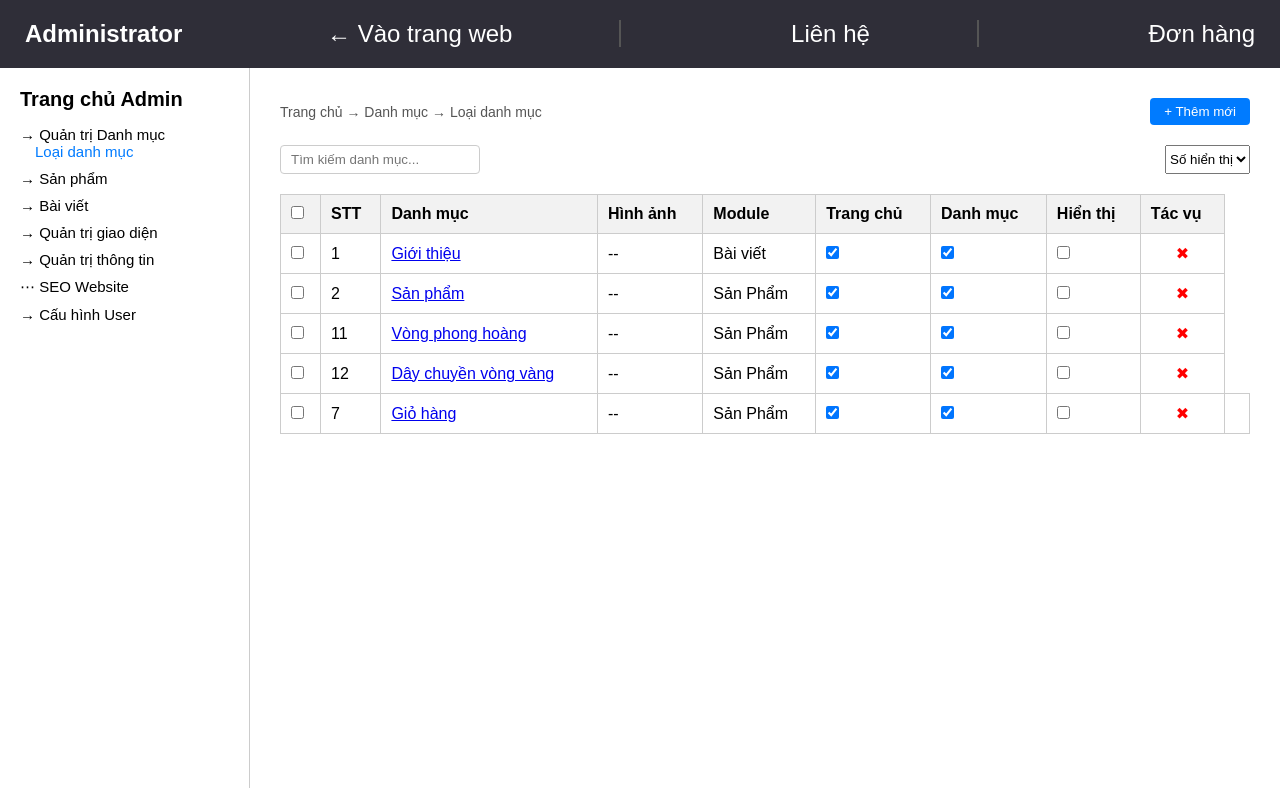
Repository: TranTanDat0606/Du-An-1
Page: Admin]/admin.html
The author's editor kept a copy of each file at every save. The page is drawn from the files as they stood at one save, then again after the next save.
The browser window is 1280 px wide. The pictures show the whole page.

Above is the page before, as saved 2025-07-30 15:15:37.

### Admin]/admin.html
<!DOCTYPE html>
<html lang="vi">
<head>
    <meta charset="UTF-8" />
    <meta name="viewport" content="width=device-width, initial-scale=1.0"/>
    <title>Quản lý danh mục</title>
    <link rel="stylesheet" href="admin.css" />
</head>
<body>
    <header class="topbar">
    <div class="topbar-left">Administrator</div>
    <div class="topbar-right">
    <a href="#">← Vào trang web</a>
    <a href="#">Liên hệ</a>
    <a href="#">Đơn hàng</a></div>
</header>
    <div class="admin-container">
    <aside class="sidebar">
    <h2>Trang chủ Admin</h2>
    <ul>
        <li>→ Quản trị Danh mục
    <ul class="submenu">
            <li><a href="#">Loại danh mục</a></li>
    </ul>
        </li>
        <li>→ Sản phẩm</li>
        <li>→ Bài viết</li>
        <li>→ Quản trị giao diện</li>
        <li>→ Quản trị thông tin</li>
        <li>⋯ SEO Website</li>
        <li>→ Cấu hình User</li>
    </ul>
    </aside>
    <main class="main-content">
    <div class="header-bar">
        <span class="breadcrumbs">Trang chủ → Danh mục → Loại danh mục</span>
        <button class="btn-new">+ Thêm mới</button>
    </div>

    <div class="table-toolbar">
        <input type="text" class="search-input" placeholder="Tìm kiếm danh mục..." />
        <select>
    <option>Số hiển thị</option>
        </select>
    </div>
    <table>
        <thead>
    <tr>
            <th><input type="checkbox" /></th>
            <th>STT</th>
            <th>Danh mục</th>
            <th>Hình ảnh</th>
            <th>Module</th>
            <th>Trang chủ</th>
            <th>Danh mục</th>
            <th>Hiển thị</th>
            <th>Tác vụ</th>
    </tr>
        </thead>
        <tbody>
    <tr>
            <td><input type="checkbox" /></td>
            <td>1</td>
            <td><a href="#">Giới thiệu</a></td>
            <td>--</td>
            <td>Bài viết</td>
            <td><input type="checkbox" checked /></td>
            <td><input type="checkbox" checked /></td>
            <td><input type="checkbox" /></td>
            <td class="text-danger">✖</td>
    </tr>
    <tr>
            <td><input type="checkbox" /></td>
            <td>2</td>
            <td><a href="#">Sản phẩm</a></td>
            <td>--</td>
            <td>Sản Phẩm</td>
            <td><input type="checkbox" checked /></td>
            <td><input type="checkbox" checked /></td>
            <td><input type="checkbox" /></td>
            <td class="text-danger">✖</td>
    </tr>
    <tr>
        <td><input type="checkbox" /></td>
        <td>11</td>
        <td><a href="#">Vòng phong hoàng</a></td>
        <td>--</td>
        <td>Sản Phẩm</td>
        <td><input type="checkbox" checked /></td>
        <td><input type="checkbox" checked /></td>
        <td><input type="checkbox" /></td>
        <td class="text-danger">✖</td>
    </tr>
    <tr>
        <td><input type="checkbox" /></td>
        <td>12</td>
        <td><a href="#">Dây chuyền vòng vàng</a></td>
        <td>--</td>
        <td>Sản Phẩm</td>
        <td><input type="checkbox" checked /></td>
        <td><input type="checkbox" checked /></td>
        <td><input type="checkbox" /></td>
        <td class="text-danger">✖</td>
    </tr>
    <tr>
        <td><input type="checkbox" /></td>
        <td>7</td>
        <td><a href="#">Giỏ hàng</a></td>
        <td>--</td>
        <td>Sản Phẩm</td>
        <td><input type="checkbox" checked /></td>
        <td><input type="checkbox" checked /></td>
        <td><input type="checkbox" /></td>
        <td class="text-danger">✖</td>
        <td></td>
    </tr>
        </tbody>
    </table>
    </main>
    </div>
</body>
</html>

### Admin]/admin.css
* {
    margin: 0;
    padding: 0;
    box-sizing: border-box;
    font-family: sans-serif;
}
/* header */
/* Topbar admin */
.topbar {
    background-color: #2f2e38;
    color: white;
    display: flex;
    justify-content: space-between;
    align-items: center;
    padding: 20px 25px;
    font-size: 24px;
}

.topbar-left {
    font-weight: bold;
}

.topbar-right a {
    color: white;
    text-decoration: none;
    margin-left: 100px;
    border-left: 2px solid #555;
    padding-left: 170px
}

.topbar-right a:first-child {
    border-left: none;
    padding-left: 0;
}
body {
    background: #f5f5f5;
}

.admin-container {
    display: flex;
    height: 100vh;
}

/* Sidebar */
.sidebar {
    width: 250px;
    background: #fff;
    border-right: 1px solid #ccc;
    padding: 20px;
}

.sidebar h2 {
    margin-bottom: 15px;
    font-size: 20px;
}

.sidebar ul {
    list-style: none;
}

.sidebar li {
    margin-bottom: 10px;
    font-size: 15px;
}

.sidebar .submenu {
    margin-left: 15px;
}

.sidebar a {
    color: #007bff;
    text-decoration: none;
}

/* Main Content */
.main-content {
    flex: 1;
    padding: 30px;
    background: #fff;
}

.header-bar {
    display: flex;
    justify-content: space-between;
    align-items: center;
}

.breadcrumbs {
    color: #555;
    font-size: 14px;
}

.btn-new {
    background: #007bff;
    color: #fff;
    border: none;
    padding: 6px 14px;
    border-radius: 4px;
    cursor: pointer;
}

.table-toolbar {
    margin: 20px 0;
    display: flex;
    justify-content: space-between;
}

.search-input {
    padding: 6px 10px;
    width: 200px;
    border: 1px solid #ccc;
    border-radius: 4px;
}

table {
    width: 100%;
    border-collapse: collapse;
    background: #fff;
}

table th,
table td {
    border: 1px solid #ccc;
    padding: 10px;
    text-align: left;
}

table th {
    background: #f2f2f2;
}

.text-danger {
    color: red;
    text-align: center;
}

After the next save:
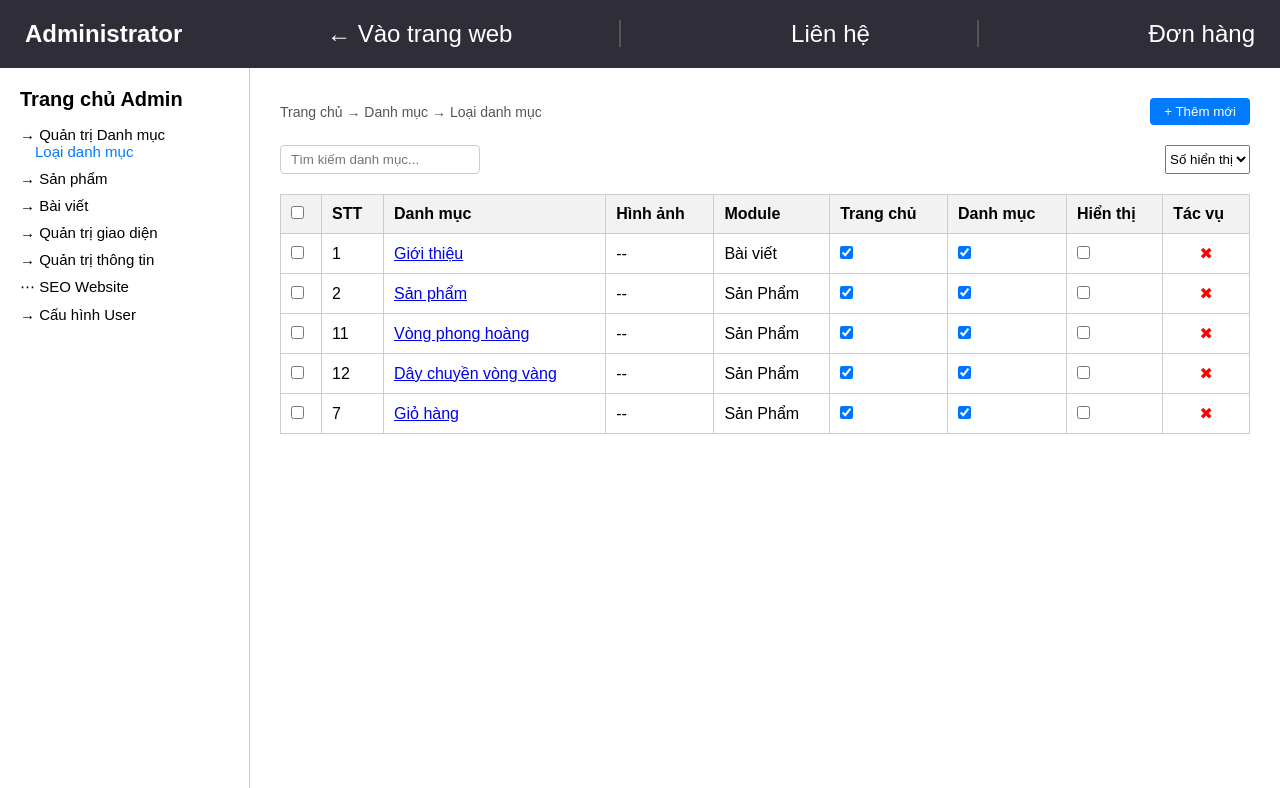
Saved 6 s later.
--- a/Admin]/admin.html
+++ b/Admin]/admin.html
@@ -112,7 +112,6 @@
         <td><input type="checkbox" checked /></td>
         <td><input type="checkbox" /></td>
         <td class="text-danger">✖</td>
-        <td></td>
     </tr>
         </tbody>
     </table>
